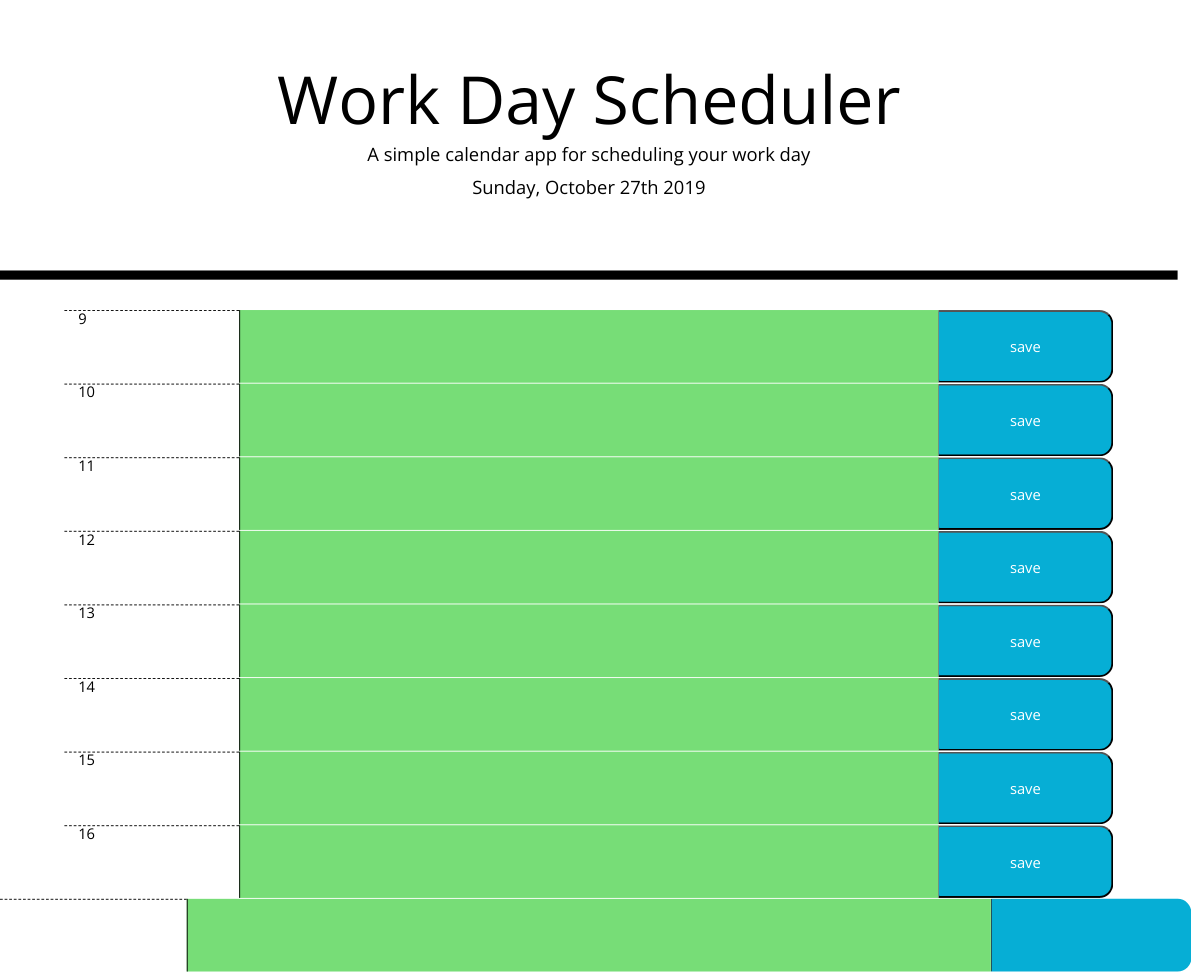
Repository: s88leigh/Day-Planner
Page: Develop/index.html
The author's editor kept a copy of each file at every save. The page is drawn from the files as they stood at one save, then again after the next save.
The browser window is 1280 px wide. The page is 1295 px wide, then 1280 px, so the pictures cover 1295 px, including what lies to the right of the window. The pictures show the whole page, at 92% of full size.
Some web libraries are served in a nearby version.

Above is the page before, as saved 2019-10-27 17:10:47.

### Develop/index.html
<!DOCTYPE html>
<html lang="en">
  <head>
    <meta charset="UTF-8" />
    <meta name="viewport" content="width=device-width, initial-scale=1.0" />
    <meta http-equiv="X-UA-Compatible" content="ie=edge" />
    <link
      rel="stylesheet"
      href="https://stackpath.bootstrapcdn.com/bootstrap/4.3.1/css/bootstrap.min.css"
    />
    <link
      rel="stylesheet"
      href="https://use.fontawesome.com/releases/v5.8.1/css/all.css"
      integrity="sha384-50oBUHEmvpQ+1lW4y57PTFmhCaXp0ML5d60M1M7uH2+nqUivzIebhndOJK28anvf"
      crossorigin="anonymous"
    />
    <link
      href="https://fonts.googleapis.com/css?family=Open+Sans&display=swap"
      rel="stylesheet"
    />
    <link rel="stylesheet" href="style.css" />
    <title>Work Day Scheduler</title>
  </head>

  <body>
    <script src="lib\moment\moment.min.js"></script>

    <header class="jumbotron">
      <h1 class="display-3">Work Day Scheduler</h1>
      <p class="lead">A simple calendar app for scheduling your work day</p>
      <p id="currentDay" class="lead">9:00</p>
    </header>
    <div class="container">
      <!-- Timeblocks go here -->

   </div>




    <div class="row">







      <div class="col-2 hour">

      </div>
      <textarea class="col-8 future">

      </textarea>
      <div class="col-2 saveBtn">

      </div>
    </div>


    <script>
      const curDay = document.querySelector(".currentDay");

      function updateTime(){
        const now = moment();
        const date = now.format("dddd, MMMM Do YYYY");

        currentDay.textContent = date;
      }
      setInterval (updateTime , 1000)
      updateTime();



    </script>


    <script src="https://code.jquery.com/jquery-3.4.1.min.js"></script>
    <script src="https://cdnjs.cloudflare.com/ajax/libs/moment.js/2.24.0/moment.min.js"></script>
    <script src="script.js"></script>
    </body>
</html>

### Develop/style.css
body {
  font-family: 'Open Sans', sans-serif;
  font-size: 16px;
  line-height: 1;
}

textarea{
  background: transparent;
  border: none;
  resize: none;
  color: #000000;
  border-left: 1px solid black;
  padding: 10px;
}

.jumbotron {
  text-align: center;
  background-color: transparent;
  color: black;
  border-radius: 0;
  border-bottom: 10px solid black;
}

.description{
  white-space: pre-wrap;
}

.time-block{
  text-align: center;
  border-radius: 15px;
}

.row {
  white-space: pre-wrap;
  height: 80px;
  border-top: 1px solid white;;
}

.hour {
  background-color: #ffffff;
  color: #000000;
  border-top: 1px dashed #000000;
}

.past {
  background-color: #d3d3d3;
  /* color: white; */
}

.present {
  background-color: #ff6961;
  /* color: white; */
}

.future {
  background-color: #77dd77;
  /* color: white; */
}

.saveBtn {
  border-left: 1px solid black;
  border-top-right-radius: 15px;
  border-bottom-right-radius: 15px;
  background-color: #06AED5;
  color: white;
}

.saveBtn i:hover {
  font-size: 20px;
  transition: all .3s ease-in-out;
}

### Develop/script.js
var startTime = 9;
var endTime = 17;

for(i = startTime; i < endTime; i++) {
    newRow = $("<div>");
    newRow.addClass("row");

    hour = $("<div>");
    hour.addClass("col-2 hour");
    hour.text(i);

    dailyTask = $("<textarea>");
    dailyTask.addClass("col-8");
    dailyTask.addClass("future");

    saveButton = $("<button>");
    saveButton.addClass("col-2 saveBtn");
    saveButton.addClass("saveBtn i:hover");
    saveButton.text("save");

    newRow.append(hour, dailyTask, saveButton);
    $(".container").append(newRow);
}


// var saveButton = $(".saveBtn");

//  var inputTask = $(".col-8").value;

// $(".saveBtn").on("click", function(){

//   var input = inputTask;
//   input.textContent=value;

//  if (input && value) {
//    localStorage.setItem("input", input);
//  }
  // console.log("clicked save button");
    // });

    // // Get id of element clicked by user
    // $(".row").click(function(event) {
    //   dailyTaskInput = event.target.class;

    // }


    // var saveButton=JSON.stringify(value);
    // localStorage.setItem("saveButton", saveButtonJSON);

Loaded but not shown: Develop/lib/moment/moment.min.js (library)

After the next save:
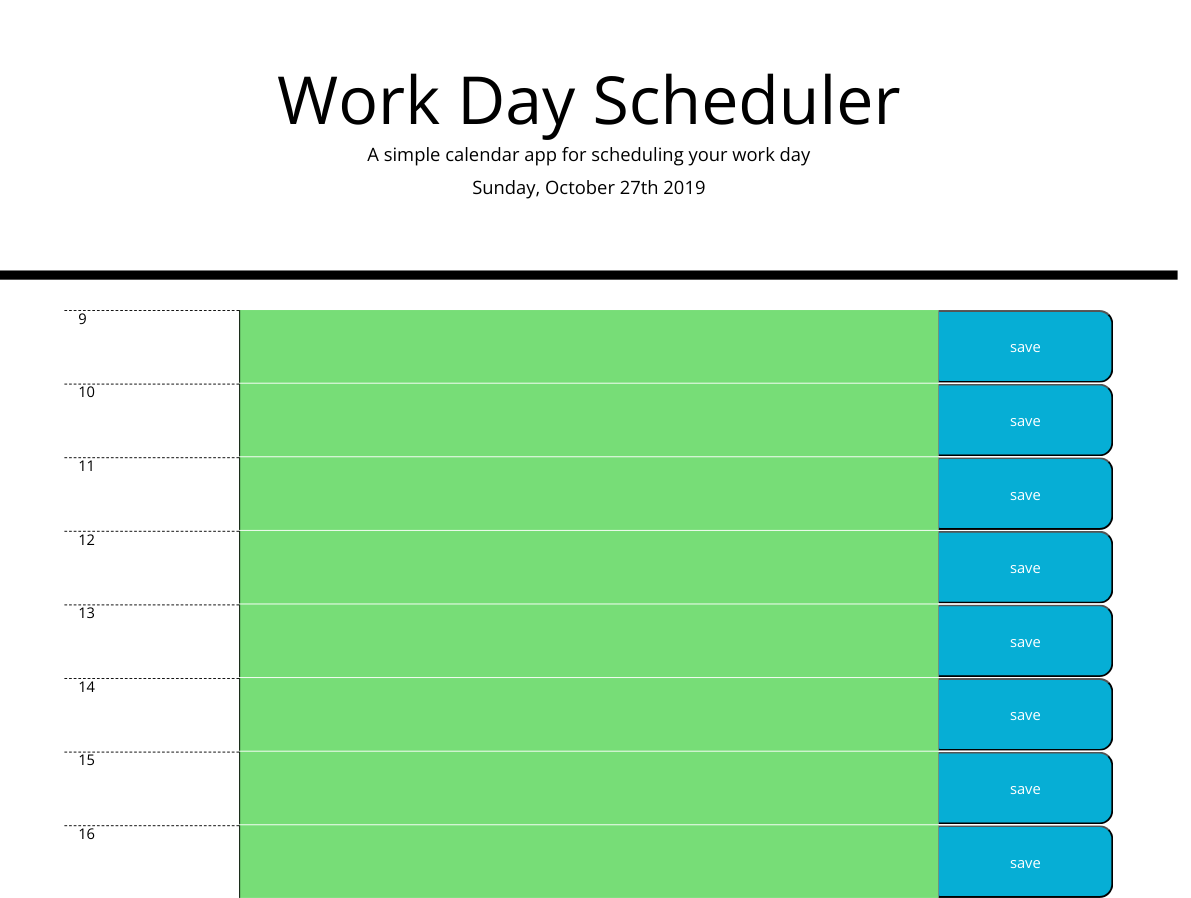
Saved 84 s later.
--- a/Develop/index.html
+++ b/Develop/index.html
@@ -38,24 +38,7 @@
 
 
 
-    <div class="row">
 
-
-
-
-
-
-
-      <div class="col-2 hour">
-
-      </div>
-      <textarea class="col-8 future">
-
-      </textarea>
-      <div class="col-2 saveBtn">
-
-      </div>
-    </div>
 
 
     <script>
